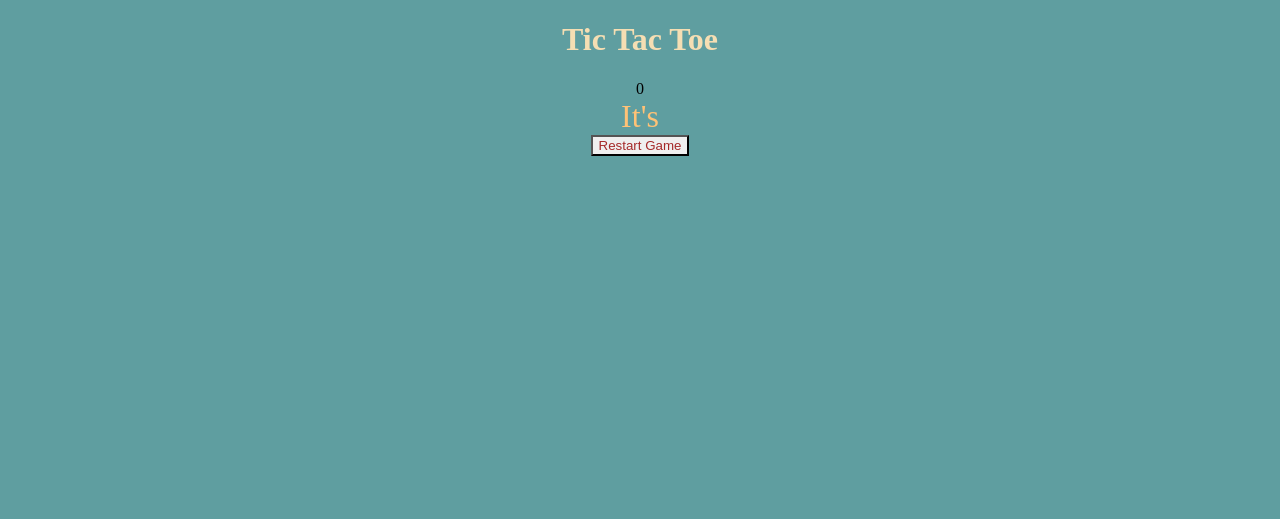
Repository: Hasmik-icml/Tic-Tac-Toe
Page: index.html
The author's editor kept a copy of each file at every save. The page is drawn from the files as they stood at one save, then again after the next save.
The browser window is 1280 px wide. The pictures show the whole page.
After loading, the first visible `div.container` was clicked once.

Above is the page before, as saved 2022-02-02 22:43:04.

### index.html
<!DOCTYPE html>
<html lang="en">
<head>
  <meta charset="UTF-8">
  <meta http-equiv="X-UA-Compatible" content="IE=edge">
  <meta name="viewport" content="width=device-width, initial-scale=1.0">
  <link rel="stylesheet" href="/style.css">
  <title>Tic Tac Toe</title>
</head>
<body>
  <h1>Tic Tac Toe</h1>
  <div class="container">
    <div class="box">X</div>
    <div class="box"></div>
    <div class="box"></div>
    <div class="box"></div>
    <div class="box"></div>
    <div class="box"></div>
    <div class="box"></div>
    <div class="box"></div>
    <div class="box"></div>
  </div>
  <p class="display-player">It's</p>
  <button class="restart">Restart Game</button>
  <script src="/index.js"></script>
</body>
</html>

### style.css
body {
  background-color: cadetblue;
  text-align: center;
}

.container {
  display: flex;
  flex-wrap: wrap;
  width: 350px;
  margin: auto;
}

.box {
  border: 2px dotted white;
  margin: 5px;
  width: 100px;
  height: 100px;
  display: flex;
  justify-content: center;
  align-items: center;
  color: #ffc276;
  font-size: xxx-large;
  font-family: cursive;
}

h1 {
  text-align: center;
  color: wheat;
}

.display-player {
  text-align: center;
  color: #ffc276;
  font-size: xx-large;
  margin: 0;
}

.restart {
  border-style: outset;
  color: brown;
}

### index.js
let board = [
  ["", "", ""],
  ["", "", ""],
  ["", "", ""]
];

let player = "x";
let winer = false;

document.querySelector(".container").onclick = (event) => {
  let move = event.target;
console.log(move);
  move.className = "box" ? move.innerHTML = "0" : "x";

}

After the next save:
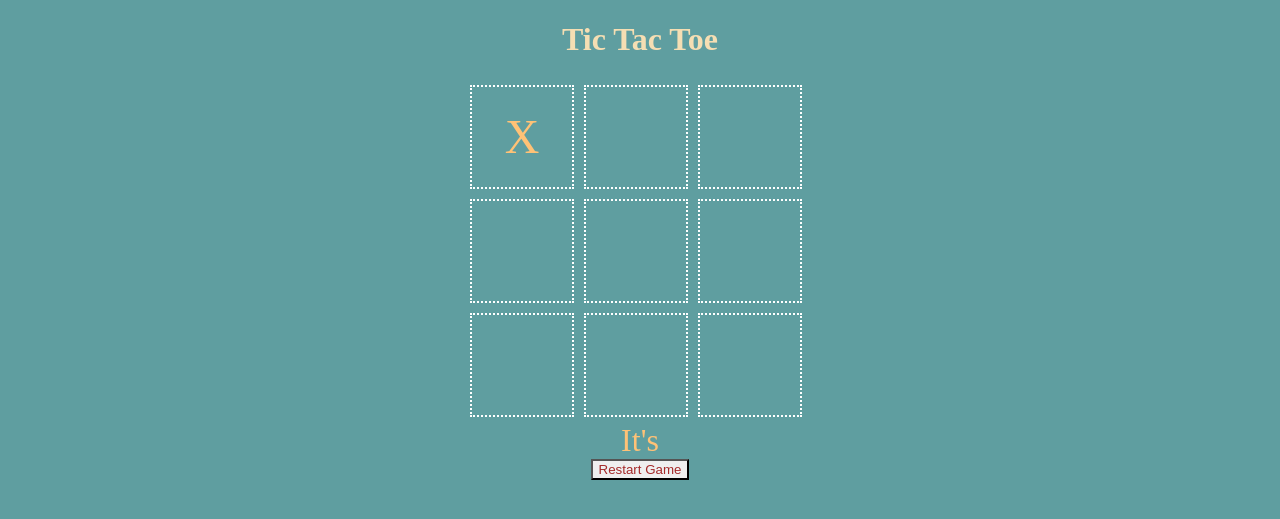
Saved 47 s later.
--- a/index.js
+++ b/index.js
@@ -10,6 +10,6 @@
 document.querySelector(".container").onclick = (event) => {
   let move = event.target;
 console.log(move);
-  move.className = "box" ? move.innerHTML = "0" : "x";
+  move.className == "box" ? move.innerHTML = "0" : "x";
 
 }

After the 3 saves that followed:
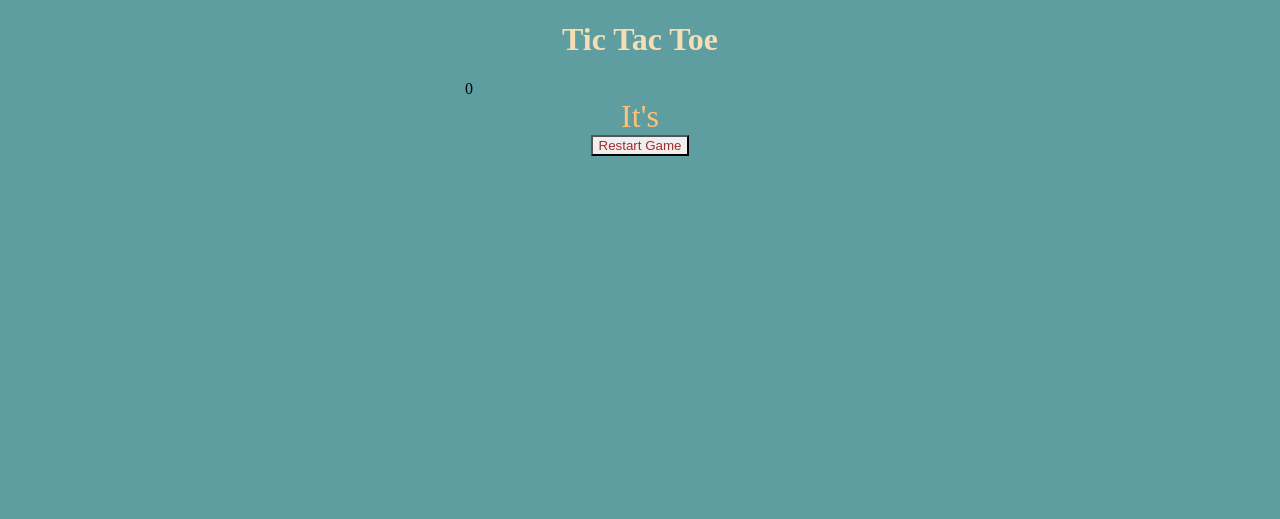
The 3 saves are shown as one change because 2 left the picture as it was.
The last was saved 31 s later.
--- a/index.js
+++ b/index.js
@@ -9,7 +9,6 @@
 
 document.querySelector(".container").onclick = (event) => {
   let move = event.target;
-console.log(move);
-  move.className == "box" ? move.innerHTML = "0" : "x";
-
+  // move.className == "box" ? move.innerHTML = "0" : "x";
+  move.innerHTML = "0"
 }
